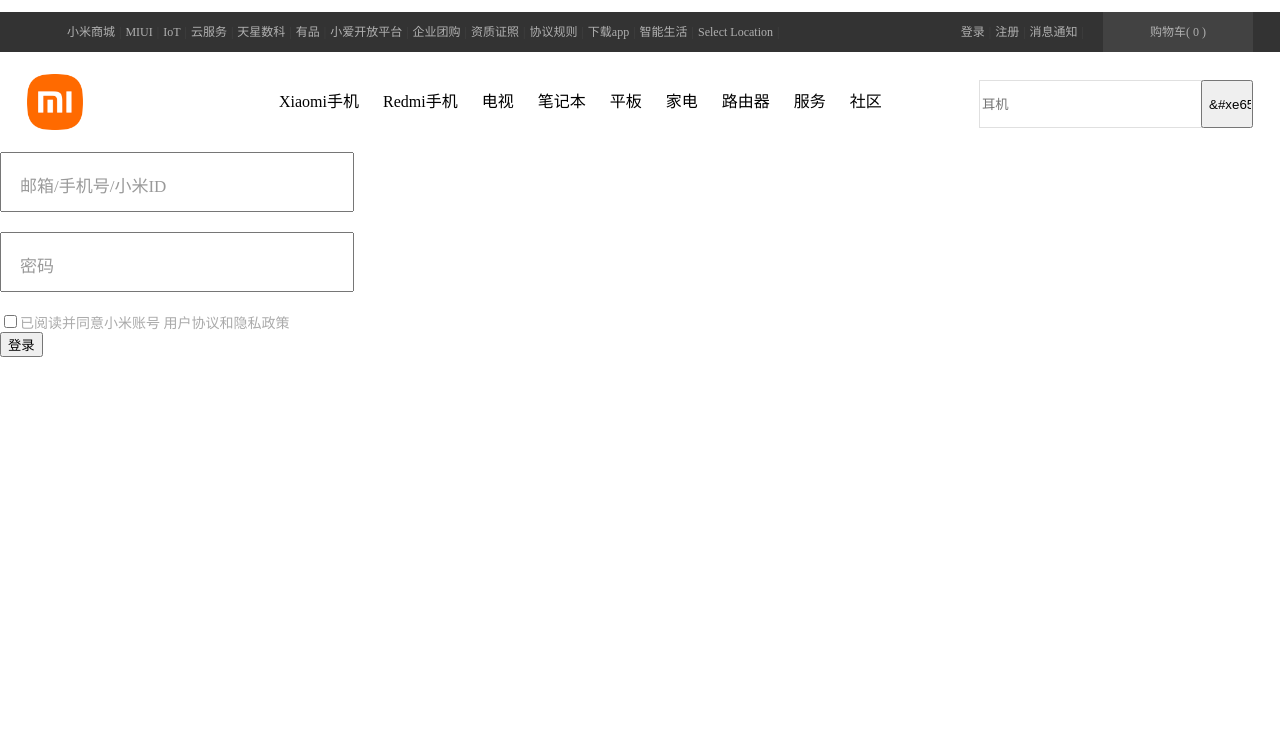
Repository: PLA-31695/Xiaomi
Page: /#/login
The author's editor kept a copy of each file at every save. The page is drawn from the files as they stood at one save, then again after the next save.
The browser window is 1280 px wide. The pictures show the whole page.
The project was rebuilt for these pictures with package versions that can differ from the ones it lists, and the page was loaded fresh each time. Also part of the build but not shown: vue.config.js, src/views/Home/home.vue, src/views/Register/register.vue.

Above is the page before, as saved 2022-03-21 13:41:16.

### src/main.js
import Vue from 'vue'
import App from './App.vue'
import router from '@/router'
import '@/assets/css/global.css'

Vue.config.productionTip = false

new Vue({
  router,
  render: h => h(App),
}).$mount('#app')

### src/App.vue
<template>
 <div>
    <MyHeader></MyHeader>
  <router-view></router-view>
 </div>
</template>

<script>
import MyHeader from '@/components/Header/my-header'
export default {
  name: 'App',
  components: {
    MyHeader
  }
}
</script>

<style>
#app {
  font-family: Avenir, Helvetica, Arial, sans-serif;
  -webkit-font-smoothing: antialiased;
  -moz-osx-font-smoothing: grayscale;
  text-align: center;
  color: #2c3e50;
  margin-top: 60px;
}
</style>

### src/router/index.js
//配置router
import Vue from 'vue'
import VueRouter from 'vue-router'

Vue.use(VueRouter)


import Home from '@/views/Home/home'
import Register from '@/views/Register/register'
import Login from '@/views/Login/login'

export default new VueRouter({
    routes: [
        {
            path: '/home',
            component:Home
        },
        {
            path: '/register',
            component:Register
        },
        {
            path: '/login',
            component:Login
        }
    ],
    // mode: {
    //     history
    // }
})

### src/assets/css/global.css
html,body,#app{
    height: 100%;
    width:100%;
    margin:0;
    padding:0;
    box-sizing: border-box;
}
.container{
    width: 1226px;
    margin: 0 auto;
}
ul{
    margin-top: 0;
    list-style: none;
}
a{
    color: white;
    text-decoration: none;
}

### src/components/Header/my-header.vue
<template>
   <header class="header">
        <div class="site-topbar">
            <div class="container">
                <div class="topbar-left">
                    <ul>
                        <li>小米商城</li>
                        <li>MIUI</li>
                        <li>IoT</li>
                        <li>云服务</li>
                        <li>天星数科</li>
                        <li>有品</li>
                        <li>小爱开放平台</li>
                        <li>企业团购</li>
                        <li>资质证照</li>
                        <li>协议规则</li>
                        <li>下载app</li>
                        <li>智能生活</li>
                        <li>Select Location</li>
                    </ul>
                </div>
               <div class="topbar-right">
                   <a href="">
                    <div class="topbar-cart">
                        购物车( 0 )
                    </div>
                   </a>
                   <!-- <div class="cart-menu">
                    购物车中还没有商品，赶紧选购吧！
                   </div> -->
                   <div class="topbar-usrInfo">
                    <ul>
                        <li>登录</li>
                        <li>注册</li>
                        <li>消息通知</li>
                    </ul>
                </div>
               </div>
            </div>

        </div>
        <div class="site-header">
            <div class="container">
                <div class="header-logo">
                    <a href="index.html" title="小米官网">小米官网</a>
                </div>
                <div class="header-nav">
                    <ul>
                        <li class="nav-item">Xiaomi手机</li>
                        <li class="nav-item">Redmi手机</li>
                        <li class="nav-item">电视</li>
                        <li class="nav-item">笔记本</li>
                        <li class="nav-item">平板</li>
                        <li class="nav-item">家电</li>
                        <li class="nav-item">路由器</li>
                        <li class="nav-item">服务</li>
                        <li class="nav-item">社区</li>
                    </ul>
                </div>
                <div class="header-search">
                    <input type="search" placeholder="耳机" class="search-text">
                    <input type="submit" class="search-btn" value="&#xe651;">
                </div>
            </div>
        </div>
   </header>
</template>

<script>
export default {
    name:'my-header'
}
</script>

<style lang="less">
    .site-topbar{
        height: 40px;
        background-color: #333;
        color:#b0b0b0;
        font-size:12px;
        line-height: 40px;
        .topbar-left{
            ul li {
                float: left;
                display: inline-block;
            }
            ul li::after{
                content: "|";
                display: inline-block;
                margin: 0 4px;
                color: #424242;
            }
        }
        .topbar-right{
            .topbar-cart{
                float: right;
                margin-left: 15px;
                width: 150px;
                height: 40px;
                text-align: center;
                background-color: #424242;
                color: #b0b0b0;
            }
            .topbar-usrInfo{
                float: right;
                height: 40px;
                line-height: 40px;
                ul li{
                    float:left;
                }
                ul li::after{
                content: "|";
                display: inline-block;
                margin: 0 4px;
                color: #424242;
            }
            }
        }
    }

    .site-header{
        height: 100px;
        .header-logo{
            float: left;
            a::before{
                content: "";
                display: inline-block;
                width: 56px;
                height: 56px;
                margin-top: 22px;
                background: url('../../assets/images/logo-mi2.png');
                background-size: 56px 56px;
                background-repeat: no-repeat;
            }
        }
        .header-nav{
            float: left;
            width: 800px;
            height: 100px;
            margin-left: 80px;
            line-height: 100px;
            ul li {
                float: left;
                margin: 0 12px;
                font-size: 16px;

            }
        }
        .header-search{
            position: relative;
            .search-text{
                position: absolute;
                top: 28px;
                right: 51px;
                height: 48px;
                width: 223px;
                border:1px solid #e0e0e0;
            }
            .search-btn{
                position: absolute;
                top: 28px;
                right: 0;
                height: 48px;
                width: 52px;
            }
        }
    }
</style>

### src/views/Login/login.vue
<!--  -->
<template>
  <div class="login">
    <form action="">
      <div class="username" id="username">
        <label for="username" class="float-label" :class="{active:isNameActive}">邮箱/手机号/小米ID</label>
        <input type="text" @focus="changeNameStyle" @blur="changeNameStyle"/>
      </div>
      <div class="password" id="password">
        <label for="password" class="float-label" :class="{active:isPasswordActive}">密码</label>
        <input type="password" @focus="changePasswordStyle" @blur="changePasswordStyle"/>
      </div>
      <div class="checkbox">
        <input type="checkbox" />
        <span>已阅读并同意小米账号 用户协议和隐私政策</span>
      </div>
    </form>
    <button type="submit" class="submit">登录</button>
  </div>
</template>

<script>
export default {
  components: {},
  data() {
    return {
        isNameActive:false,
        isPasswordActive:false
    };
  },
  computed: {},
  watch: {},
  //方法集合
  methods: {
      changeNameStyle(){
          this.isNameActive = !this.isNameActive
      },
       changePasswordStyle(){
          this.isPasswordActive = !this.isPasswordActive
      },
  },
};
</script>
<style lang='less' scoped>
//@import url(); 引入公共css类
.login {
    .username,.password{
        position: relative;
        input{
            height: 60px;
            min-width: 354px;
            outline: none;
            padding: 30px 20px 10px;
            box-sizing: border-box;
            // border:none
        }
        .float-label{
            position: absolute;
            top:20px;
            left:20px;
            font-size: 17px;
            color: rgba(0,0,0,.4);
            transition: all .15s;
        }
        .active{
            top: 6px;
            font-size: 6px;
            color:#aaa;
        }
    }
    .password{
        margin-top: 20px;
    }
    .checkbox{
        margin-top: 20px;
        font-size: 14px;
        color:#aaa;
    }
}
</style>

Loaded but not shown: public/index.html (common file)

After the next save:
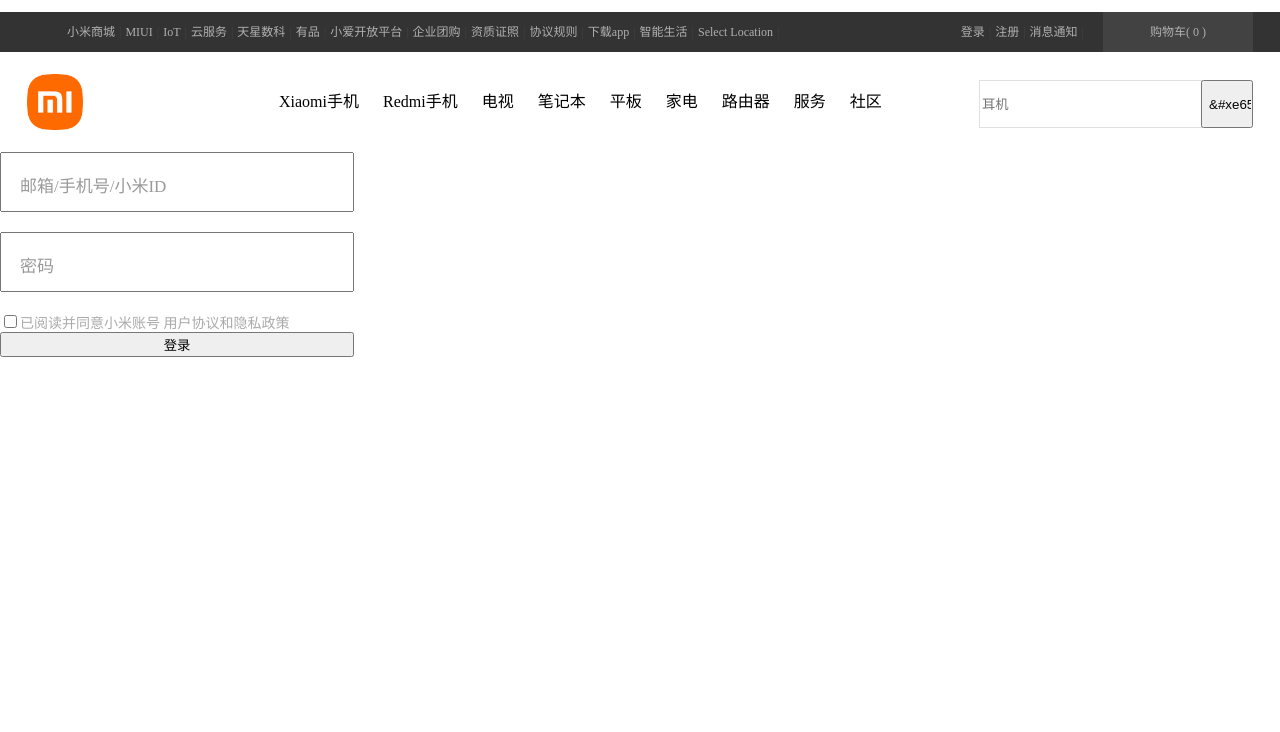
Saved 75 s later.
--- a/src/views/Login/login.vue
+++ b/src/views/Login/login.vue
@@ -76,5 +76,8 @@
         font-size: 14px;
         color:#aaa;
     }
+    .submit{
+        min-width: 354px;
+    }
 }
 </style>
